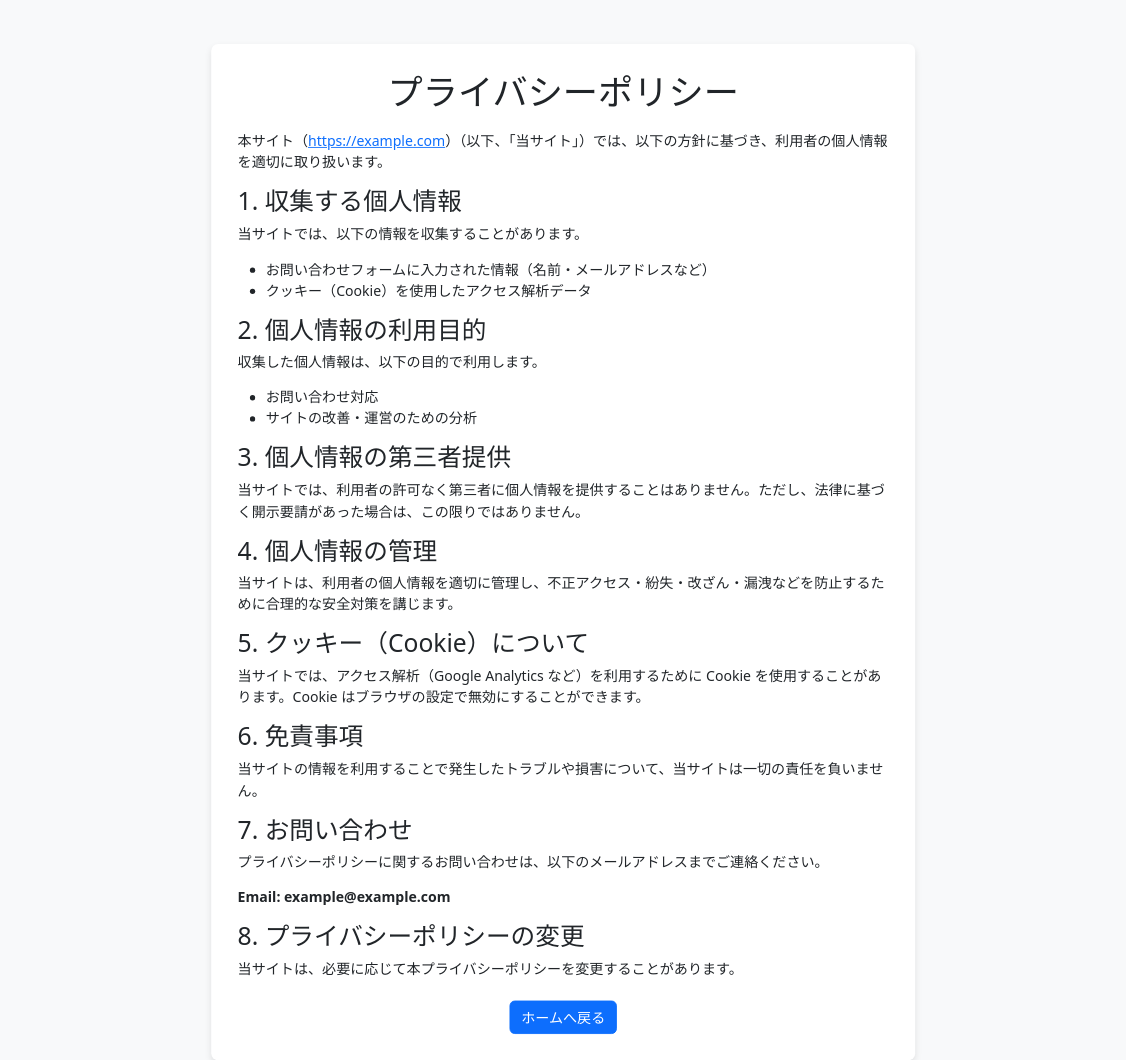
Repository: masa1228ew/original
Page: http://localhost/auth/privacy
The author's editor kept a copy of each file at every save. The page is drawn from the files as they stood at one save, then again after the next save.
The browser window is 1280 px wide. The pictures show the whole page, at 88% of full size.
The page is this project's Thymeleaf template; nobody is signed in. The template is opened directly, without the code that normally fills it, so the values that code supplies are empty.

Above is the page before, as saved 2025-02-16 11:02:35.

### original/original/src/main/resources/templates/auth/privacy.html
<!DOCTYPE html>
<html lang="ja">
<head>
    <meta charset="UTF-8">
    <meta name="viewport" content="width=device-width, initial-scale=1">
    <title>プライバシーポリシー</title>
    <link href="https://cdn.jsdelivr.net/npm/bootstrap@5.2.3/dist/css/bootstrap.min.css" rel="stylesheet">
    <style>
        body {
            background-color: #f8f9fa;
        }
        .container {
            max-width: 800px;
            background: white;
            padding: 30px;
            margin-top: 50px;
            border-radius: 8px;
            box-shadow: 0 4px 8px rgba(0, 0, 0, 0.1);
        }
        h1 {
            text-align: center;
            margin-bottom: 20px;
        }
    </style>
</head>
<body>
    <div class="container">
        <h1>プライバシーポリシー</h1>

        <p>本サイト（<a href="https://example.com">https://example.com</a>）（以下、「当サイト」）では、以下の方針に基づき、利用者の個人情報を適切に取り扱います。</p>

        <h3>1. 収集する個人情報</h3>
        <p>当サイトでは、以下の情報を収集することがあります。</p>
        <ul>
            <li>お問い合わせフォームに入力された情報（名前・メールアドレスなど）</li>
            <li>クッキー（Cookie）を使用したアクセス解析データ</li>
        </ul>

        <h3>2. 個人情報の利用目的</h3>
        <p>収集した個人情報は、以下の目的で利用します。</p>
        <ul>
            <li>お問い合わせ対応</li>
            <li>サイトの改善・運営のための分析</li>
        </ul>

        <h3>3. 個人情報の第三者提供</h3>
        <p>当サイトでは、利用者の許可なく第三者に個人情報を提供することはありません。ただし、法律に基づく開示要請があった場合は、この限りではありません。</p>

        <h3>4. 個人情報の管理</h3>
        <p>当サイトは、利用者の個人情報を適切に管理し、不正アクセス・紛失・改ざん・漏洩などを防止するために合理的な安全対策を講じます。</p>

        <h3>5. クッキー（Cookie）について</h3>
        <p>当サイトでは、アクセス解析（Google Analytics など）を利用するために Cookie を使用することがあります。Cookie はブラウザの設定で無効にすることができます。</p>

        <h3>6. 免責事項</h3>
        <p>当サイトの情報を利用することで発生したトラブルや損害について、当サイトは一切の責任を負いません。</p>

        <h3>7. お問い合わせ</h3>
        <p>プライバシーポリシーに関するお問い合わせは、以下のメールアドレスまでご連絡ください。</p>
        <p><strong>Email: example@example.com</strong></p>

        <h3>8. プライバシーポリシーの変更</h3>
        <p>当サイトは、必要に応じて本プライバシーポリシーを変更することがあります。</p>

        <div class="text-center mt-4">
            <a href="/" class="btn btn-primary">ホームへ戻る</a>
        </div>
    </div>

    <script src="https://cdn.jsdelivr.net/npm/bootstrap@5.2.3/dist/js/bootstrap.bundle.min.js"></script>
</body>
</html>

After the next save:
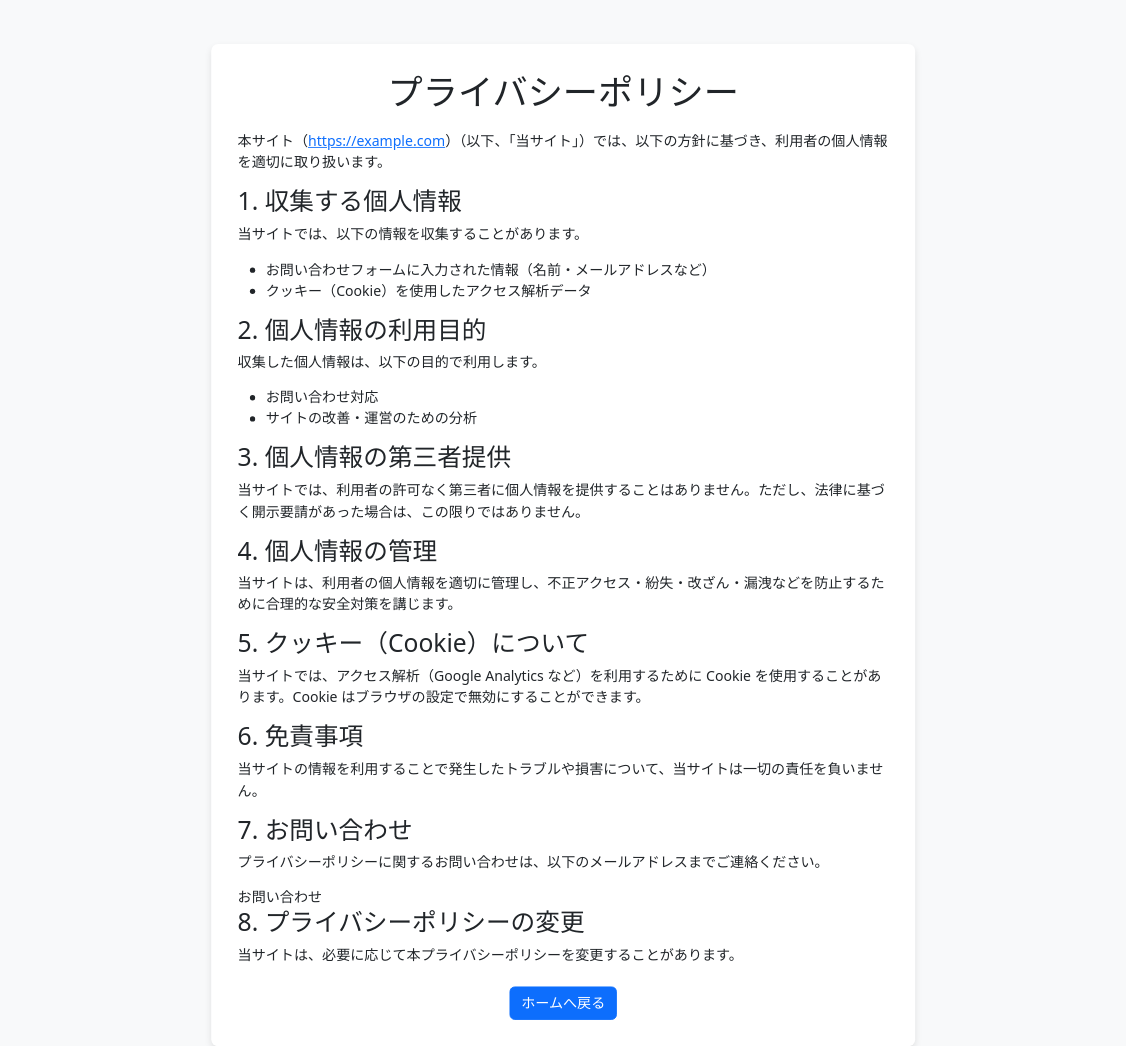
Saved 2 h 41 min later.
--- a/original/original/src/main/resources/templates/auth/privacy.html
+++ b/original/original/src/main/resources/templates/auth/privacy.html
@@ -57,7 +57,9 @@
 
         <h3>7. お問い合わせ</h3>
         <p>プライバシーポリシーに関するお問い合わせは、以下のメールアドレスまでご連絡ください。</p>
-        <p><strong>Email: example@example.com</strong></p>
+       <a class="nav-link" th:href="@{/inquiry}">
+					お問い合わせ
+				</a>
 
         <h3>8. プライバシーポリシーの変更</h3>
         <p>当サイトは、必要に応じて本プライバシーポリシーを変更することがあります。</p>
